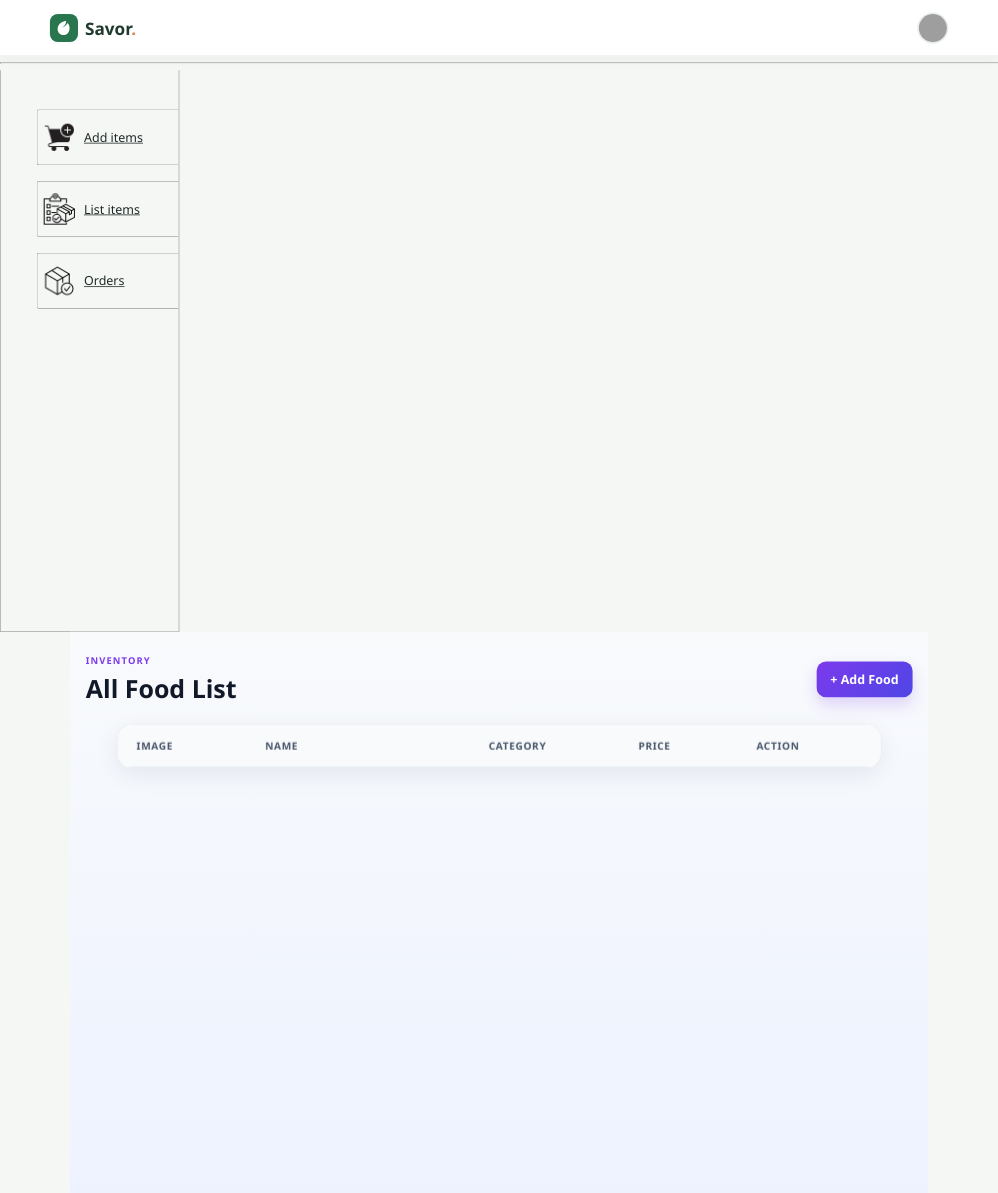
Repository: prince44991/Ecommerce-Project-Full-Stack
Page: /Listitem (app in admin/my-react-app/)
These files come from the project's save history. The page is drawn as it stood at one moment and after the next save; the edit follows.
The browser window is 1280 px wide. The pictures show the whole page, at 78% of full size.
Pictures or frames that could not be fetched are drawn as grey boxes. The page's requests for data from a server got no answer. The project was rebuilt for these pictures with package versions that can differ from the ones it lists, and the page was loaded fresh each time. No one was signed in, and anything a server would have sent is missing. Also part of the build but not shown: admin/my-react-app/vite.config.js, admin/my-react-app/src/pages/Add/Add.css, admin/my-react-app/src/pages/Add/Add.jsx, admin/my-react-app/src/pages/Order/Order.jsx.

Above is the page before, as saved 2026-09-30 16:05:52.

### admin/my-react-app/index.html
<!doctype html>
<html lang="en">
  <head>
    <meta charset="UTF-8" />
    <link rel="icon" type="image/svg+xml" href="/favicon.svg" />
    <meta name="viewport" content="width=device-width, initial-scale=1.0" />
    <title>my-react-app</title>
  </head>
  <body>
    <div id="root"></div>
    <script type="module" src="/src/main.jsx"></script>
  </body>
</html>

### admin/my-react-app/src/index.css
:root {
  font-family: 'DM Sans', 'Segoe UI', sans-serif;
  font-synthesis: none;
  text-rendering: optimizeLegibility;
  -webkit-font-smoothing: antialiased;
  -moz-osx-font-smoothing: grayscale;
  font-optical-sizing: auto;
  font-weight: 400;
  color: #202a27;
  background: #f5f7f5;
}

* {
  box-sizing: border-box;
}

body {
  min-width: 320px;
  min-height: 100vh;
  margin: 0;
}

button,
input {
  font: inherit;
}

a {
  color: inherit;
}

### admin/my-react-app/src/App.jsx
import Navbar from './components/Navbar/Navbar.jsx'
import Sliderbar from './components/Sliderbar/Sliderbar.jsx'
import { BrowserRouter, Route, Routes } from "react-router-dom"
import Add from './pages/Add/Add.jsx'
import Order from './pages/Order/Order.jsx'
import List from './pages/List/List.jsx'
import { ToastContainer, toast } from 'react-toastify';
function App() {
  return (
    <>
    <BrowserRouter>
    <ToastContainer/>
    <Navbar />
    <hr/>
    <Sliderbar/>
    <Routes>
      <Route path='/Additem' element={<Add/>} />
      <Route path='/Listitem' element={<List/>} />
      <Route path='/Orders' element={<Order/>} />
    </Routes>
    </BrowserRouter>
    </>
  )
}

export default App

### admin/my-react-app/src/components/Navbar/Navbar.jsx
import React from 'react'
import './Navbar.css'

const Navbar = () => {
  return (
    <header className="navbar">
      <a className="navbar__brand" href="#dashboard" aria-label="Savor admin dashboard">
        <span className="navbar__logo" aria-hidden="true">
          <svg viewBox="0 0 32 32" fill="none">
            <path d="M16 27c-6.2 0-10-4.2-10-9.7C6 11.6 10.5 6 19.5 5c-.2 5.6-2.7 8.3-6.8 10.2 3.4-1.1 7-3.7 9.2-7.4C27.7 14 24.8 27 16 27Z" fill="currentColor" />
            <path d="M9 23c3.2-4.2 6.1-6.3 10.8-8.4" stroke="white" strokeWidth="1.8" strokeLinecap="round" />
          </svg>
        </span>
        <span className="navbar__name">Savor<span>.</span></span>
      </a>

      <img
        className="navbar__avatar"
        src="https://images.unsplash.com/photo-1534528741775-53994a69daeb?auto=format&fit=crop&w=128&h=128&q=80"
        alt="Admin profile"
      />
    </header>
  )
}

export default Navbar

### admin/my-react-app/src/components/Sliderbar/Sliderbar.jsx
import React from 'react'
import './Sliderbar.css'
import item from '../../assets/add-to-cart.png';
import list from '../../assets/list-items.png';
import order from '../../assets/package.png';
import { NavLink } from 'react-router-dom';
const Sliderbar = () => {
  return (
    <div>
    <div className="sidebar">
        <div className="sidbar-options">
            <div className="sidbar-option">
                <img src={item} alt="" />
                <NavLink to="/Additem"><p className='par'>Add items</p></NavLink>
            </div>
            <div className="sidbar-option">
                <img src={list} alt="" />
                <NavLink to="/Listitem"><p className='par'>List items</p></NavLink>
            </div>
            <div className="sidbar-option">
                <img src={order} alt="" />
                <NavLink to="/Orders"><p className='par'>Orders</p></NavLink>
            </div>
        </div>
    </div>
    </div>
  )
}

export default Sliderbar

### admin/my-react-app/src/pages/List/List.jsx
import axios from 'axios';
import { useEffect, useState } from 'react';
import './List.css';

const List = () => {
  const [display, setDisplay] = useState([]);

  const datafetch = async () => {
    try {
      const url = 'http://localhost:8001';
      const response = await axios.get(`${url}/view/product`);
      setDisplay(response.data.data);
    } catch (error) {
      console.error('Error fetching products:', error);
      setDisplay([]);
    }
  };

  useEffect(() => {
    datafetch();
  }, []);

  return (
    <div className="list-page">
      <div className="list-header">
        <div>
          <p className="eyebrow">Inventory</p>
          <h2>All Food List</h2>
        </div>
        <button type="button" className="add-btn">+ Add Food</button>
      </div>

      <div className="list-table-wrapper">
        <div className="list-table-format title">
          <b>Image</b>
          <b>Name</b>
          <b>Category</b>
          <b>Price</b>
          <b>Action</b>
        </div>

        {display.map((r, index) => (
          <div key={index} className="list-table-format row">
            <img
              src={`http://localhost:8001/uploads/${r.image}`}
              alt={r.productname}
            />

            <div className="food-info">
              <p className="food-name">{r.productname}</p>
              <span className="food-desc">{r.description}</span>
            </div>

            <p className="category-pill">{r.catagory}</p>
            <p className="price-tag">₹{r.price}</p>

            <div className="action-cell">
              <button type="button" className="row-action">*</button>
            </div>
          </div>
        ))}
      </div>
    </div>
  );
};

export default List;

### admin/my-react-app/src/components/Navbar/Navbar.css
.navbar {
	display: flex;
	width: 100%;
	min-height: 72px;
	align-items: center;
	justify-content: space-between;
	gap: 24px;
	padding: 0 clamp(18px, 5vw, 64px);
	border-bottom: 1px solid #e8eeea;
	background: #fff;
	box-shadow: 0 3px 14px rgb(30 59 43 / 5%);
}

.navbar__brand {
	display: inline-flex;
	flex: 0 0 auto;
	align-items: center;
	gap: 9px;
	color: #203a2d;
	text-decoration: none;
}

.navbar__logo {
	display: grid;
	width: 36px;
	height: 36px;
	place-items: center;
	border-radius: 10px;
	color: #fff;
	background: #28754e;
}

.navbar__logo svg {
	width: 26px;
	height: 26px;
}

.navbar__name {
	font-size: 22px;
	font-weight: 700;
}

.navbar__name span {
	color: #d98750;
}

.navbar__avatar {
	width: 40px;
	height: 40px;
	flex: 0 0 auto;
	border: 2px solid #e7eee9;
	border-radius: 50%;
	object-fit: cover;
	object-position: center 38%;
}

.navbar__brand:focus-visible {
	outline: 2px solid #28754e;
	outline-offset: 4px;
}

@media (max-width: 560px) {
	.navbar {
		min-height: 64px;
		gap: 18px;
		padding: 0 18px;
	}
}

### admin/my-react-app/src/components/Sliderbar/Sliderbar.css
img{
    width: 40px;
}

.sidebar{
    width: 18%;
     min-height: 100vh;
    border: 1.5px solid #a9a9a9;
    border-top: 0;
}
.sidbar-options{
    padding-top: 50px;
    padding-left: 20%;
    display: flex;
    flex-direction: column;
    gap: 20px;
}
.sidbar-option{
    display: flex;
     align-items: center;
    gap: 12px;
    border: 1px solid #a9a9a9;
    border-right: 0;
    padding: 8px;
    border-radius: 3px 0px 0px 3px;
    cursor: pointer;
     /* text-decoration: none; */
}
.par{
    text-decoration: none;
}

### admin/my-react-app/src/pages/List/List.css
.list-page {
  max-width: 1100px;
  margin: 0 auto;
  padding: 28px 20px;
  background: linear-gradient(180deg, #f8fafc 0%, #eef2ff 100%);
  min-height: 100vh;
  font-family: 'Segoe UI', Tahoma, Geneva, Verdana, sans-serif;
}

.list-header {
  display: flex;
  justify-content: space-between;
  align-items: center;
  margin-bottom: 24px;
}

.eyebrow {
  margin: 0 0 6px;
  font-size: 12px;
  letter-spacing: 0.12em;
  text-transform: uppercase;
  color: #7c3aed;
  font-weight: 700;
}

.list-header h2 {
  margin: 0;
  font-size: 32px;
  color: #111827;
}

.add-btn {
  border: none;
  background: linear-gradient(135deg, #7c3aed, #4f46e5);
  color: white;
  padding: 12px 18px;
  border-radius: 12px;
  font-weight: 600;
  cursor: pointer;
  box-shadow: 0 10px 20px rgba(124, 58, 237, 0.2);
  transition: transform 0.2s ease;
}

.add-btn:hover {
  transform: translateY(-1px);
}

.list-table-wrapper {
  max-width: 980px;
  margin: 0 auto;
  background: rgba(255, 255, 255, 0.8);
  backdrop-filter: blur(6px);
  border: 1px solid rgba(148, 163, 184, 0.18);
  border-radius: 20px;
  box-shadow: 0 10px 30px rgba(15, 23, 42, 0.08);
  overflow: hidden;
}

.list-table-format {
  display: grid;
  grid-template-columns: 1.1fr 2fr 1.3fr 1fr 1fr;
  align-items: center;
  gap: 16px;
  padding: 18px 24px;
}

.list-table-format.title {
  background: #f8fafc;
  border-bottom: 1px solid #e2e8f0;
  color: #475569;
  font-size: 13px;
  text-transform: uppercase;
  letter-spacing: 0.06em;
}

.list-table-format.row {
  border-bottom: 1px solid #edf2f7;
  background: white;
  transition: background 0.2s ease;
}

.list-table-format.row:last-child {
  border-bottom: none;
}

.list-table-format.row:hover {
  background: #faf5ff;
}

.list-table-format img {
  width: 72px;
  height: 72px;
  object-fit: cover;
  border-radius: 14px;
  border: 1px solid #e2e8f0;
  background: #f1f5f9;
}

.food-info {
  display: flex;
  flex-direction: column;
  gap: 4px;
}

.food-name {
  margin: 0;
  font-size: 16px;
  font-weight: 700;
  color: #111827;
}

.food-desc {
  color: #64748b;
  font-size: 12px;
  line-height: 1.4;
}

.category-pill {
  margin: 0;
  display: inline-flex;
  justify-self: start;
  padding: 8px 12px;
  border-radius: 999px;
  background: #ede9fe;
  color: #6d28d9;
  font-size: 12px;
  font-weight: 700;
}

.price-tag {
  margin: 0;
  font-size: 16px;
  font-weight: 700;
  color: #0f172a;
}

.action-cell {
  display: flex;
  justify-content: flex-end;
}

.row-action {
  border: none;
  background: #ecfdf5;
  color: #047857;
  padding: 10px 14px;
  border-radius: 10px;
  font-weight: 700;
  cursor: pointer;
}

@media (max-width: 768px) {
  .list-page {
    padding: 16px;
  }

  .list-header {
    flex-direction: column;
    align-items: flex-start;
    gap: 16px;
  }

  .list-table-wrapper {
    overflow-x: auto;
  }

  .list-table-format {
    min-width: 620px;
  }
}

Loaded but not shown: admin/my-react-app/src/main.jsx (common file)

After the next save:
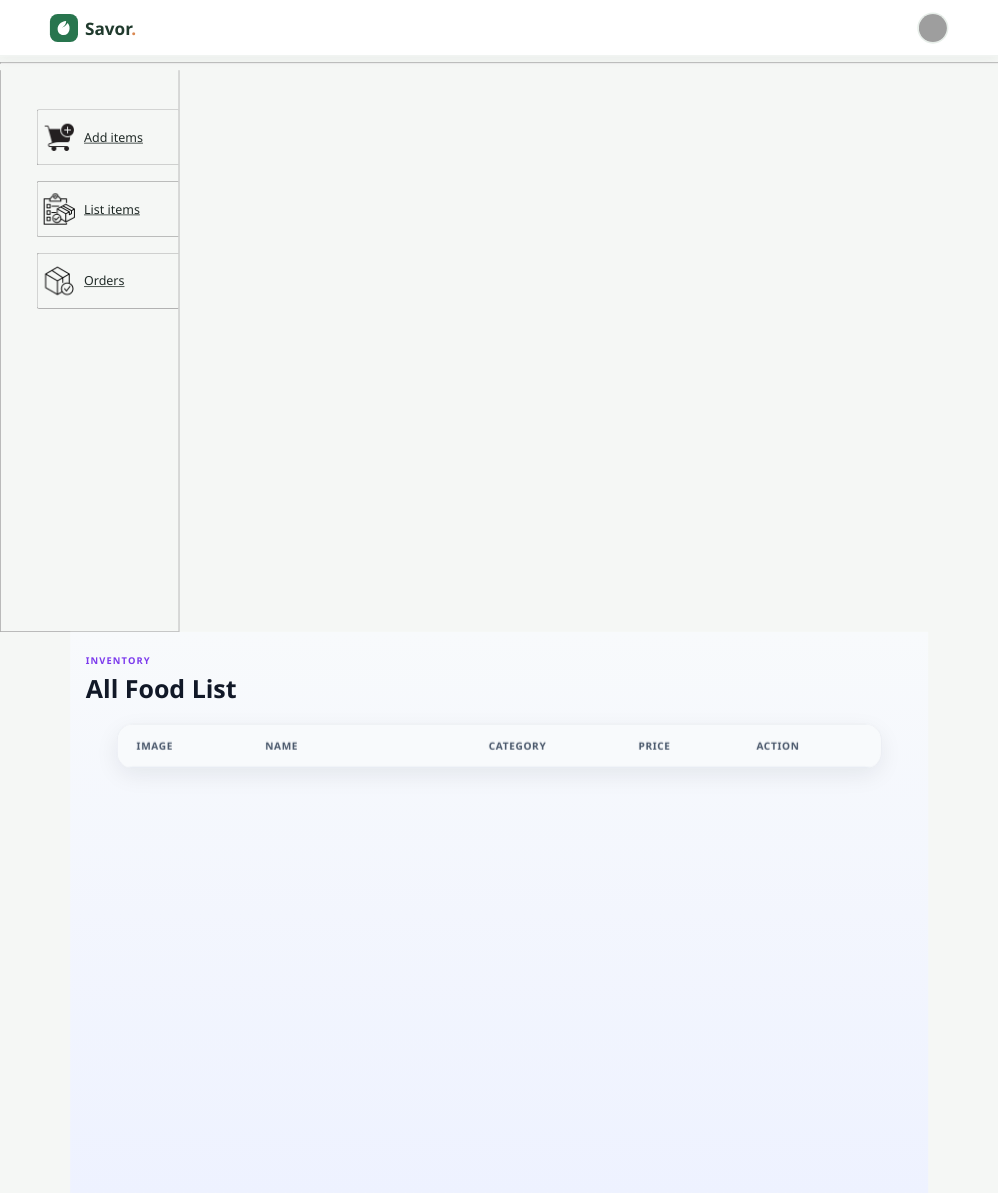
Saved 49 s later.
--- a/admin/my-react-app/src/pages/List/List.jsx
+++ b/admin/my-react-app/src/pages/List/List.jsx
@@ -27,7 +27,7 @@ const List = () => {
           <p className="eyebrow">Inventory</p>
           <h2>All Food List</h2>
         </div>
-        <button type="button" className="add-btn">+ Add Food</button>
+
       </div>
 
       <div className="list-table-wrapper">
